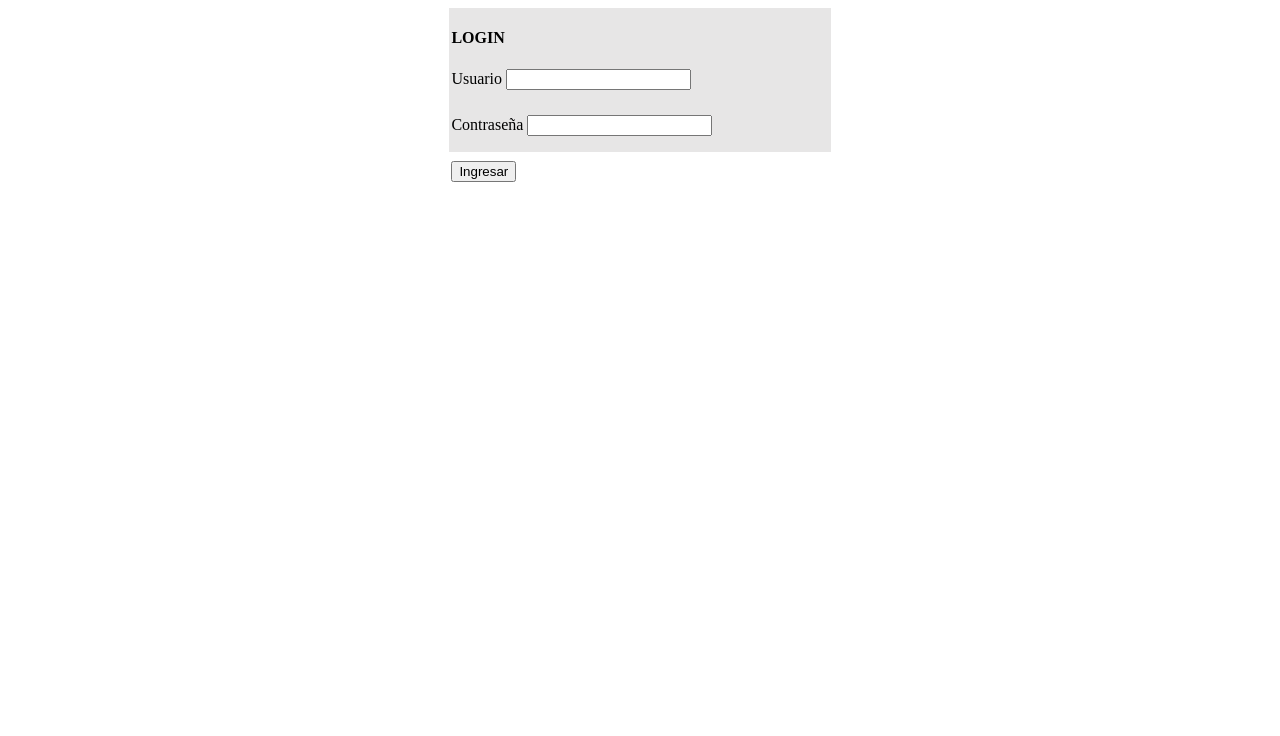
Repository: juanmondragonc/torre-project
Page: http://localhost/torre/login.jsp
These files come from the project's save history. The page is drawn as it stood at one moment and after the next save; the edit follows.
The browser window is 1280 px wide. The pictures show the whole page.
The page is served by Tomcat 9. Other server files are loaded and not shown.

Above is the page before, as saved 2022-08-10 20:38:00.

### torre/src/main/webapp/login.jsp
<%@ page language="java" contentType="text/html; charset=ISO-8859-1"
    pageEncoding="ISO-8859-1"%>
<!DOCTYPE html>
<html>
<head>
<meta charset="ISO-8859-1">
<link rel="stylesheet" href="css/style.css">
<title>Insert title here</title>
</head>
<body>
	<div class="container">
		<div class="section-login">
			<form method="post" action="login">
				<h4>LOGIN</h4>
				<div class="form-group">
					<label for="username">Usuario</label>
					<input id="username" name="username" type="text"/>
				</div>
				<div class="form-group">
					<label for="password">Contraseña</label>
					<input id="password" name="password" type="password"/>
				</div>
				<input type="submit" value="Ingresar"/>
			</form>
		</div>
	</div>

</body>
</html>

### torre/src/main/webapp/css/style.css
 .container {
 	height: 100vh;
 	width: auto;
 	justify-content: center;
 	display: flex;
 }
 table, th, td {
	border: 1px solid black;
	border-collapse: collapse;
}
.form-group {
 	position: relative;
 	margin-bottom: 25px;
	overflow: hidden;
}
.section-login{
	padding-left: 2px;
	width: 30%;
	height:20vh;
	background-color: #e7e6e6;
}

After the next save:
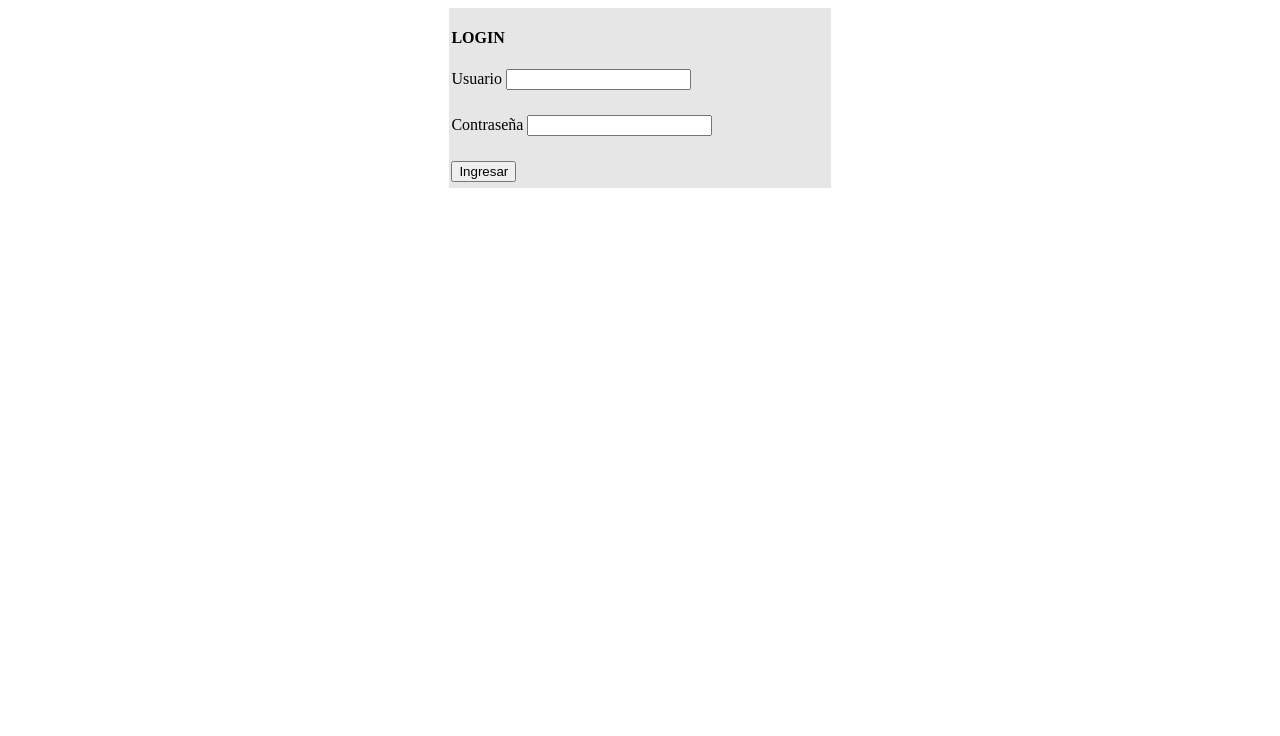
Saved 8 s later.
--- a/torre/src/main/webapp/css/style.css
+++ b/torre/src/main/webapp/css/style.css
@@ -16,6 +16,6 @@
 .section-login{
 	padding-left: 2px;
 	width: 30%;
-	height:20vh;
+	height:25vh;
 	background-color: #e7e6e6;
 }
